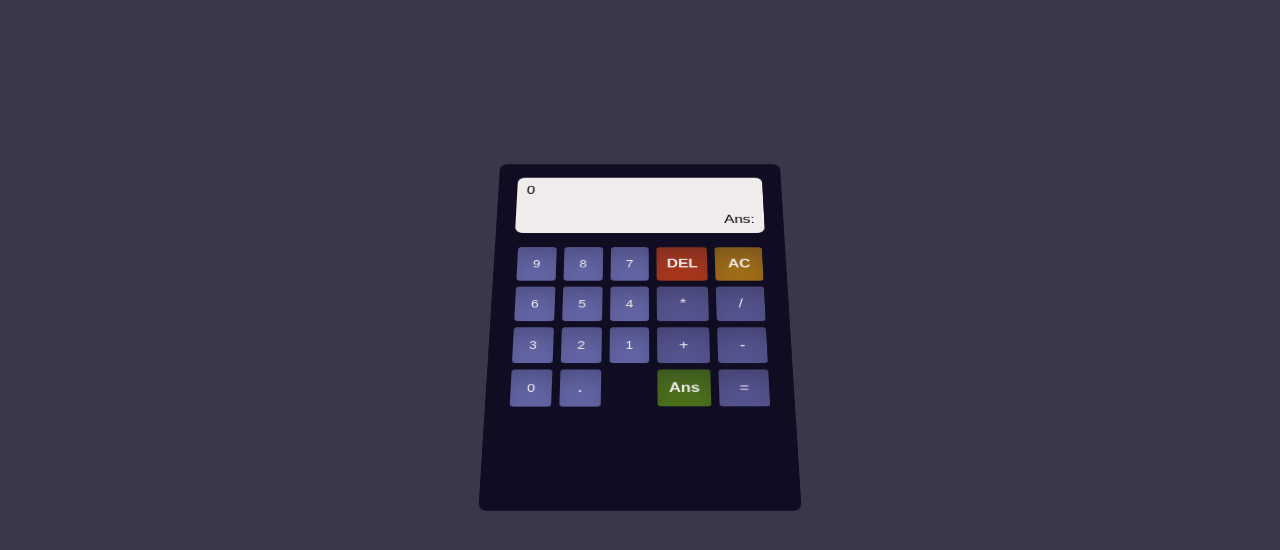
Repository: Bishek666/simple-calculator
Page: /
An editor plug-in stored every save of this project. The page is shown before and after the next save, followed by the edit.
The browser window is 1280 px wide. The pictures show the whole page.
The project was rebuilt for these pictures with package versions that can differ from the ones it lists, and the page was loaded fresh each time.

Above is the page before, as saved 2021-10-27 08:41:48.

### src/index.css
:root {
    --primary: #050218c9;
    --secondary: #8386d6c9;
    --dark: #0908088a;
    --light: rgb(240, 236, 236);
}

* {
    margin: 0;
    padding: 0;
    box-sizing: border-box;
    font-family: sans-serif;
}

body {
    background-color: #050218c9;
}

button {
    display: inline-block;
    padding: 1rem;
    margin: 4px;
    background-color: var(--secondary);
    outline: none;
    border: transparent;
    border-radius: 4px;
    cursor: pointer;
    line-height: 1;
    font-size: 14px;
    font-weight: 500;
    color: var(--light);
    box-shadow: rgba(50, 50, 93, 0.25) 0px 30px 60px -12px inset, rgba(0, 0, 0, 0.3) 0px 18px 36px -18px inset;
}

.visual {
    perspective: 2000px;
}

.container-calculator {
    position: relative;
    display: flex;
    flex-direction: column;
    align-items: start;
    justify-content: start;
    background-color: var(--primary);
    height: 450px;
    width: 300px;
    margin: 100px auto;
    padding: 20px;
    border-radius: 8px;
    transform-style: preserve-3d;
    transform: rotateX(40deg);
    perspective: 100px;
}

.display-calculation {
    display: flex;
    flex-direction: column;
    justify-content: space-between;
    /* align-items: center; */
    padding: 10px;
    width: 100%;
    height: 80px;
    background-color: var(--light);
    border-radius: 8px;
    margin-bottom: 1rem;
    transform: rotateX(0deg);
}
.answer-area {
    align-self: flex-end;
    /* width: 50%;
    border-right: 2px solid black;
    padding-right: 8px;
    margin-right: 8px; */
}
.calculation-area {
    width: 50%;
}

.button-input {
    display: flex;
    justify-content: space-between;
    width: 100%;
}

.digits {
    display: grid;
    grid-template-columns: repeat(3, 1fr);
}
.digits button {
    box-shadow: rgba(50, 50, 93, 0.25) 0px 30px 60px -12px inset, rgba(0, 0, 0, 0.3) 0px 18px 36px -18px inset;
}

.operators {
    display: grid;
    grid-template-columns: repeat(2, 1fr);
}

.operators button {
    position: relative;
    background-color: rgb(91, 89, 150);
}

.operators button {
    padding: 10px;
    font-size: 16px;
}

/* font weight */
.font-weight--600 {
    font-weight: 600;
}
/* background */
.bg-red {
    background-color: #e44413c9 !important;
}
.bg-orange {
    background-color: #d08b0bd2 !important;
}
.bg-green {
    background-color: #5b8f11d2 !important;
}

### src/App.js
import { Fragment, useState } from 'react';

function App() {
    const [calc, setCalc] = useState('');
    const [result, setResult] = useState('');

    const ops = ['+', '-', '/', '*', '.'];

    const updateCalc = (value) => {
        if ((ops.slice(2).includes(value) && calc === '') || (ops.includes(value) && ops.includes(calc.slice(-1)))) {
            return;
        }
        setCalc(calc + value);

        if (!ops.includes(value)) {
            setResult(eval(calc + value).toString());
        }
    };

    const calculate = () => {
        if (calc) {
            setCalc(eval(calc).toString());
        }

        if (!result && !calc === '') {
            return;
        }
    };

    const takeAnswerValue = () => {
        if (result && !calc) {
            setCalc(result);
        }
    };

    const deleteLastValue = () => {
        if (calc === '') {
            return;
        }

        setCalc(calc.slice(0, -1));
    };

    const resetAll = () => {
        if (calc === '') {
            return;
        }

        setCalc('');
    };

    const addDigits = () => {
        const digits = [];

        for (let i = 1; i < 10; i++) {
            digits.unshift(
                <button onClick={() => updateCalc(i.toString())} key={i}>
                    {i}
                </button>
            );
        }

        return digits;
    };
    return (
        <div className='visual'>
            <div className='container-calculator'>
                <div className='display-calculation'>
                    <div className='calculation-area'>{calc || '0'}</div>
                    <div className='answer-area'>Ans:{result ? <span>({result})</span> : ''}</div>
                </div>
                <div className='button-input'>
                    <div className='digits'>
                        {addDigits()}
                        <button onClick={() => updateCalc('0')}>0</button>
                        <button onClick={() => updateCalc('.')} className='font-weight--600'>
                            .
                        </button>
                    </div>
                    <div className='operators'>
                        <button onClick={() => deleteLastValue()} className='bg-red font-weight--600'>
                            DEL
                        </button>
                        <button onClick={() => resetAll()} className='bg-orange font-weight--600'>
                            AC
                        </button>
                        <button onClick={() => updateCalc('*')}>*</button>
                        <button onClick={() => updateCalc('/')}>/</button>
                        <button onClick={() => updateCalc('+')}>+</button>
                        <button onClick={() => updateCalc('-')}>-</button>
                        <button onClick={takeAnswerValue} className='bg-green font-weight--600'>
                            Ans
                        </button>
                        <button onClick={calculate}>=</button>
                    </div>
                </div>
            </div>
        </div>
    );
}

export default App;

Loaded but not shown: public/index.html (common file); src/index.js (common file)

After the next save:
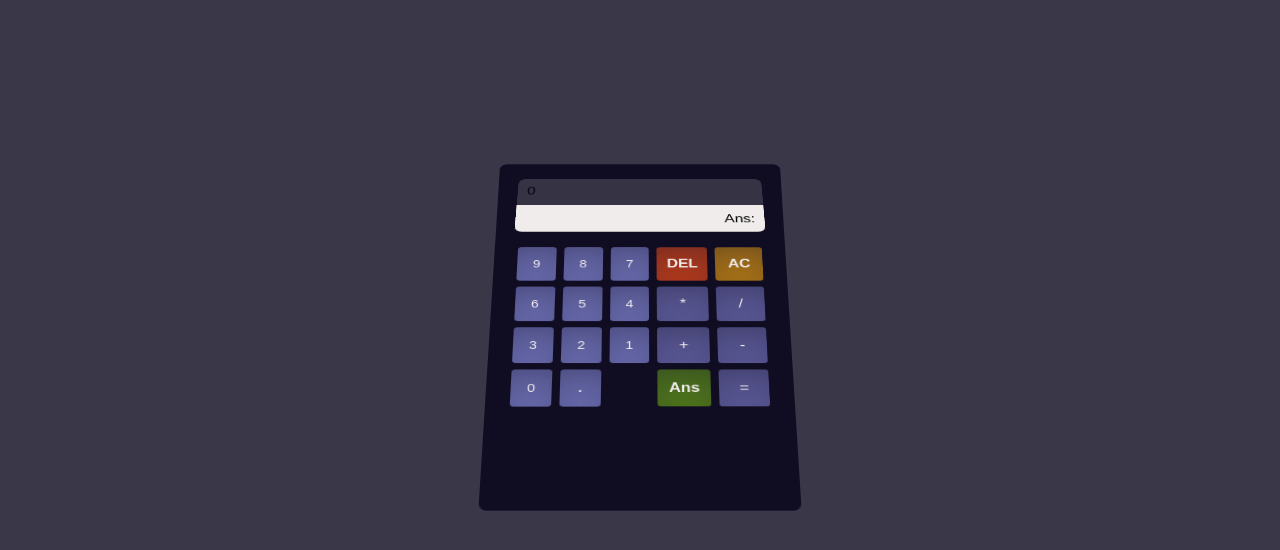
Saved 5 s later.
--- a/src/index.css
+++ b/src/index.css
@@ -64,7 +64,7 @@ button {
     background-color: var(--light);
     border-radius: 8px;
     margin-bottom: 1rem;
-    transform: rotateX(0deg);
+    transform: rotateX(1deg);
 }
 .answer-area {
     align-self: flex-end;
